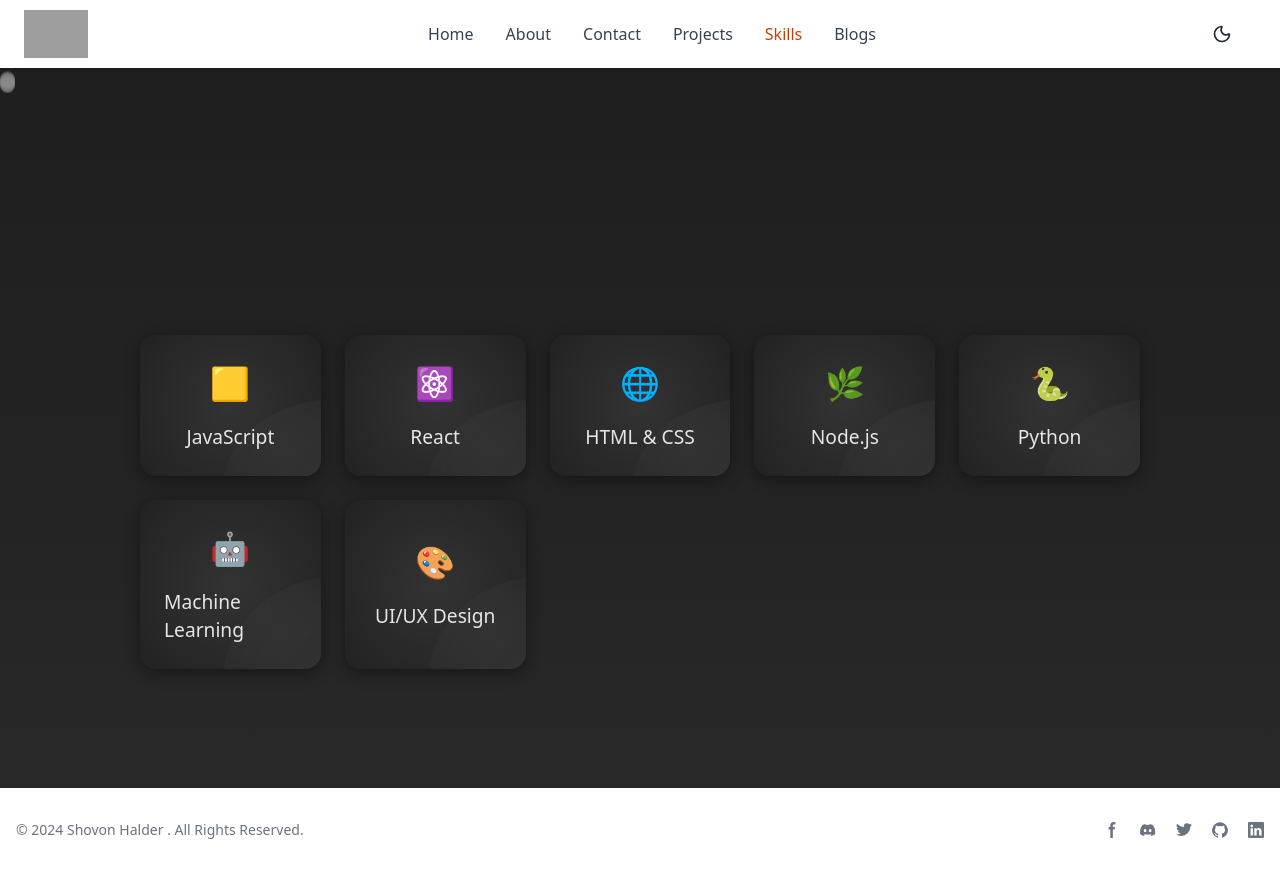
Repository: Shovon0004/Portfolio
Page: /Skill
These files come from the project's save history. The page is drawn as it stood at one moment and after the next save; the edit follows.
The browser window is 1280 px wide. The pictures show the whole page.
Pictures or frames that could not be fetched are drawn as grey boxes. The project was rebuilt for these pictures with package versions that can differ from the ones it lists, and the page was loaded fresh each time. Also part of the build but not shown: vite.config.js, src/components/Home.jsx, src/components/About.jsx, src/components/Projects.jsx, src/components/Contact.jsx, src/components/Blogs.jsx.

Above is the page before, as saved 2024-12-23 12:51:56.

### src/main.jsx
import { StrictMode } from 'react'
import { createRoot } from 'react-dom/client'
import './index.css'
import { Route,createBrowserRouter, createRoutesFromElements, RouterProvider } from 'react-router'
import Layout from './Layout.jsx'
import Home from './components/Home.jsx'
import About from './components/About.jsx'
import Projects from './components/Projects.jsx'
import Contact from './components/Contact.jsx'
import Skill from './components/Skill.jsx'
import Blogs from './components/Blogs.jsx'





// const router = createBrowserRouter([
//   {
//     path: '/',
//     element: <Layout />,
//     children: [
//       {
//         path: "",
//         element: <Home />
//       }, {
//         path: "about",
//         element: <About />
//       }, {
//         path: "Projects",
//         element: <Projects />
//       }, {
//         path: "Contact",
//         element:<Contact/>

//       }
//     ]
//   }
// ])
const router = createBrowserRouter(
  createRoutesFromElements(
    <Route path='/' element={<Layout />}>
      <Route path="" element={<Home />} />
      <Route path="about" element={<About />} />
      <Route path="Projects" element={<Projects />} />
      <Route path="Contact" element={<Contact />} />
      <Route path="Skill" element={<Skill />} />
      <Route path="Blogs" element={<Blogs/>}/>
    </Route>
  )
)

createRoot(document.getElementById('root')).render(
  <StrictMode>




      <RouterProvider router={router} />

  </StrictMode>,
)

### src/Layout.jsx
import React from 'react'
import Header from './components/Header'
import Footer from './components/Footer'
import { Outlet } from 'react-router-dom'

function Layout() {
  return (
    <>
    <Header/>
    <main className="flex-grow text-gray-900 dark:text-white dark:bg-gray-900">
                <Outlet />
            </main>
    <Footer />
    </>
  )
}

export default Layout

### src/components/Skill.jsx
import React from "react";
import { motion, useScroll, useTransform } from "framer-motion";
import "./Skill.css";

const skills = [
  { name: "JavaScript", icon: "🟨" },
  { name: "React", icon: "⚛️" },
  { name: "HTML & CSS", icon: "🌐" },
  { name: "Node.js", icon: "🌿" },
  { name: "Python", icon: "🐍" },
  { name: "Machine Learning", icon: "🤖" },
  { name: "UI/UX Design", icon: "🎨" },
];

const Skill = () => {
  const { scrollYProgress } = useScroll();
  const x = useTransform(scrollYProgress, [0, 1], [0, -100]);
  const opacity = useTransform(scrollYProgress, [0, 0.5, 1], [1, 0.8, 0]);

  return (
    <div className="skill-container dark:bg-900">
      <motion.div
        className="parallax-header"
        style={{ x, opacity }}
        initial={{ y: -50, opacity: 0 }}
        animate={{ y: 0, opacity: 1 }}
        transition={{ duration: 1 }}
      >
        <h1 className="skill-title">My Skills</h1>
        <p className="skill-subtitle">Crafted with passion and precision</p>
      </motion.div>

      <motion.div
        className="skills-grid"
        initial="hidden"
        animate="visible"
        variants={{
          hidden: { opacity: 0, scale: 0.8 },
          visible: { opacity: 1, scale: 1, transition: { staggerChildren: 0.3 } },
        }}
      >
        {skills.map((skill, index) => (
          <motion.div
            key={index}
            className="skill-card"
            variants={{
              hidden: { opacity: 0, y: 50 },
              visible: { opacity: 1, y: 0 },
            }}
            whileHover={{
              scale: 1.2,
              rotate: [0, 5, -5, 0],
              boxShadow: "0 8px 20px rgba(255, 255, 255, 0.3)",
              transition: { duration: 0.5 },
            }}
          >
            <div className="skill-icon">{skill.icon}</div>
            <h3>{skill.name}</h3>
            <motion.div
              className="glow-effect"
              animate={{ opacity: [0.2, 0.8, 0.2], scale: [1, 1.2, 1] }}
              transition={{ duration: 1.5, repeat: Infinity }}
            />
          </motion.div>
        ))}
      </motion.div>

      <motion.div
        className="interactive-background"
        initial={{ opacity: 0 }}
        animate={{ opacity: 0.5 }}
        transition={{ duration: 1 }}
      >
        {[...Array(50)].map((_, i) => (
          <motion.div
            key={i}
            className="floating-bubble"
            initial={{ y: 0, opacity: 0.6 }}
            animate={{ y: [10, -10, 10], opacity: [0.3, 0.7, 0.3] }}
            transition={{
              duration: 5,
              repeat: Infinity,
              delay: Math.random() * 2,
            }}
          />
        ))}
      </motion.div>
    </div>
  );
};
export default Skill;

### src/components/Header.jsx
import React from 'react'
import { Link, NavLink } from 'react-router-dom'
import  { useState,useEffect } from 'react'
import { Moon, Sun } from 'lucide-react';

export default function Header() {
    const [darkMode, setDarkMode] = useState(() => {
        const savedTheme = localStorage.getItem('theme');
        return savedTheme === 'dark';
    });

    useEffect(() => {
        if (darkMode) {
            document.documentElement.classList.add('dark');
            localStorage.setItem('theme', 'dark');
        } else {
            document.documentElement.classList.remove('dark');
            localStorage.setItem('theme', 'light');
        }
    }, [darkMode]);
    return (
        <header className="shadow sticky z-50 top-0 dark:bg-grey-900">
            <nav className="bg-white border-gray-800 px-4 lg:px-6 py-2.5 dark:bg-gray-900">
                <div className="flex flex-wrap justify-between items-center mx-auto max-w-screen-xl">
                    <Link to="/" className="flex items-center ">
                        <img
                            src="https://media.tenor.com/kQ5Gj88WGuwAAAAj/taking-notes-kedet.gif"
                            className="mr-3 h-12"
                            alt="Logo"
                        />
                    </Link>
                    <div className="flex items-center lg:order-2">
                        <button
                            onClick={() => setDarkMode(!darkMode)}
                            className="p-2 mr-4 rounded-lg hover:bg-gray-100 dark:hover:bg-gray-700 focus:outline-none focus:ring-2 focus:ring-gray-200 dark:focus:ring-gray-700"
                            aria-label="Toggle dark mode"
                        >
                            {darkMode ? (
                                <Sun className="w-5 h-5 text-gray-800 dark:text-gray-200" />
                            ) : (
                                <Moon className="w-5 h-5 text-gray-800 dark:text-gray-200" />
                            )}
                        </button>




                    </div>
                    <div
                        className="hidden justify-between items-center w-full lg:flex lg:w-auto lg:order-1"
                        id="mobile-menu-2"
                    >
                        <ul className="flex flex-col mt-4 font-medium lg:flex-row lg:space-x-8 lg:mt-0">
                            <li>
                                <NavLink
  to="/"
  className={({ isActive }) =>
    `block py-2 pr-4 pl-3 duration-200 ${
      isActive ? "text-orange-700" : "text-gray-700"
    } border-b border-gray-100 hover:bg-gray-50 lg:hover:bg-transparent lg:border-0 hover:text-orange-700 lg:p-0`
  }
  title="Go to Home"
>
  Home
</NavLink>

                            </li>
                            <li>
                                <NavLink
                                to="/about"
                                    className={({isActive}) =>
                                        `block py-2 pr-4 pl-3 duration-200 ${isActive ? "text-orange-700" : "text-gray-700"} border-b border-gray-100 hover:bg-gray-50 lg:hover:bg-transparent lg:border-0 hover:text-orange-700 lg:p-0`
                                    }
                                >
                                    About
                                </NavLink>
                            </li>
                            <li>
                                <NavLink
                                to="/contact"
                                    className={({isActive}) =>
                                        `block py-2 pr-4 pl-3 duration-200 ${isActive ? "text-orange-700" : "text-gray-700"} border-b border-gray-100 hover:bg-gray-50 lg:hover:bg-transparent lg:border-0 hover:text-orange-700 lg:p-0`
                                    }
                                >
                                    Contact
                                </NavLink>
                            </li>
                            <li>
                                <NavLink
                                to="/Projects"
                                    className={({isActive}) =>
                                        `block py-2 pr-4 pl-3 duration-200 ${isActive ? "text-orange-700" : "text-gray-700"} border-b border-gray-100 hover:bg-gray-50 lg:hover:bg-transparent lg:border-0 hover:text-orange-700 lg:p-0`
                                    }
                                >
                                    Projects
                                </NavLink>
                            </li>
                            <li>
                                <NavLink
                                to="/Skill"
                                    className={({isActive}) =>
                                        `block py-2 pr-4 pl-3 duration-200 ${isActive ? "text-orange-700" : "text-gray-700"} border-b border-gray-100 hover:bg-gray-50 lg:hover:bg-transparent lg:border-0 hover:text-orange-700 lg:p-0`
                                    }
                                >
                                    Skills
                                </NavLink>
                            </li>
                            <li>
                                <NavLink
                                to="/Blogs"
                                    className={({isActive}) =>
                                        `block py-2 pr-4 pl-3 duration-200 rounded border-red-500 ${isActive ? "text-orange-700" : "text-gray-700"} border-b border-gray-100 hover:bg-gray-50 lg:hover:bg-transparent lg:border-0 hover:text-orange-700 lg:p-0`
                                    }
                                >
                                    Blogs
                                </NavLink>
                            </li>

                        </ul>
                    </div>
                </div>
            </nav>
        </header>
    );
}

### src/components/Footer.jsx
import React from 'react'
import { Link } from 'react-router-dom';


export default function Footer() {
    return (
        <footer className="dark:bg-gray-900">
            <div className="mx-auto w-full max-w-screen-xl p-4 py-6 lg:py-8">
                <div className="sm:flex sm:items-center sm:justify-between">
                    <span className="text-sm text-gray-500 sm:text-center">
                        © 2024 Shovon Halder
                        . All Rights Reserved.
                    </span>
                    <div className="flex mt-4 space-x-5 sm:justify-center sm:mt-0">
                        <Link to="https://www.facebook.com/profile.php?id=100080779660559" className="text-gray-500 hover:text-gray-900">
                            <svg
                                className="w-4 h-4"
                                aria-hidden="true"
                                xmlns="http://www.w3.org/2000/svg"
                                fill="currentColor"
                                viewBox="0 0 8 19"
                            >
                                <path
                                    fillRule="evenodd"
                                    d="M6.135 3H8V0H6.135a4.147 4.147 0 0 0-4.142 4.142V6H0v3h2v9.938h3V9h2.021l.592-3H5V3.591A.6.6 0 0 1 5.592 3h.543Z"
                                    clipRule="evenodd"
                                />
                            </svg>
                            <span className="sr-only">Facebook page</span>
                        </Link>
                        <Link to="#" className="text-gray-500">
                            <svg
                                className="w-4 h-4"
                                aria-hidden="true"
                                xmlns="http://www.w3.org/2000/svg"
                                fill="currentColor"
                                viewBox="0 0 21 16"
                            >
                                <path d="M16.942 1.556a16.3 16.3 0 0 0-4.126-1.3 12.04 12.04 0 0 0-.529 1.1 15.175 15.175 0 0 0-4.573 0 11.585 11.585 0 0 0-.535-1.1 16.274 16.274 0 0 0-4.129 1.3A17.392 17.392 0 0 0 .182 13.218a15.785 15.785 0 0 0 4.963 2.521c.41-.564.773-1.16 1.084-1.785a10.63 10.63 0 0 1-1.706-.83c.143-.106.283-.217.418-.33a11.664 11.664 0 0 0 10.118 0c.137.113.277.224.418.33-.544.328-1.116.606-1.71.832a12.52 12.52 0 0 0 1.084 1.785 16.46 16.46 0 0 0 5.064-2.595 17.286 17.286 0 0 0-2.973-11.59ZM6.678 10.813a1.941 1.941 0 0 1-1.8-2.045 1.93 1.93 0 0 1 1.8-2.047 1.919 1.919 0 0 1 1.8 2.047 1.93 1.93 0 0 1-1.8 2.045Zm6.644 0a1.94 1.94 0 0 1-1.8-2.045 1.93 1.93 0 0 1 1.8-2.047 1.918 1.918 0 0 1 1.8 2.047 1.93 1.93 0 0 1-1.8 2.045Z" />
                            </svg>
                            <span className="sr-only">Discord community</span>
                        </Link>
                        <Link to="https://x.com/SHalder0004" className="text-gray-500">
                            <svg
                                className="w-4 h-4"
                                aria-hidden="true"
                                xmlns="http://www.w3.org/2000/svg"
                                fill="currentColor"
                                viewBox="0 0 20 17"
                            >
                                <path
                                    fillRule="evenodd"
                                    d="M20 1.892a8.178 8.178 0 0 1-2.355.635 4.074 4.074 0 0 0 1.8-2.235 8.344 8.344 0 0 1-2.605.98A4.13 4.13 0 0 0 13.85 0a4.068 4.068 0 0 0-4.1 4.038 4 4 0 0 0 .105.919A11.705 11.705 0 0 1 1.4.734a4.006 4.006 0 0 0 1.268 5.392 4.165 4.165 0 0 1-1.859-.5v.05A4.057 4.057 0 0 0 4.1 9.635a4.19 4.19 0 0 1-1.856.07 4.108 4.108 0 0 0 3.831 2.807A8.36 8.36 0 0 1 0 14.184 11.732 11.732 0 0 0 6.291 16 11.502 11.502 0 0 0 17.964 4.5c0-.177 0-.35-.012-.523A8.143 8.143 0 0 0 20 1.892Z"
                                    clipRule="evenodd"
                                />
                            </svg>
                            <span className="sr-only">Twitter page</span>
                        </Link>
                        <Link to="https://github.com/Shovon0004" className="text-gray-500">
                            <svg
                                className="w-4 h-4"
                                aria-hidden="true"
                                xmlns="http://www.w3.org/2000/svg"
                                fill="currentColor"
                                viewBox="0 0 20 20"
                            >
                                <path
                                    fillRule="evenodd"
                                    d="M10 .333A9.911 9.911 0 0 0 6.866 19.65c.5.092.678-.215.678-.477 0-.237-.01-1.017-.014-1.845-2.757.6-3.338-1.169-3.338-1.169a2.627 2.627 0 0 0-1.1-1.451c-.9-.615.07-.6.07-.6a2.084 2.084 0 0 1 1.518 1.021 2.11 2.11 0 0 0 2.884.823c.044-.503.268-.973.63-1.325-2.2-.25-4.516-1.1-4.516-4.9A3.832 3.832 0 0 1 4.7 7.068a3.56 3.56 0 0 1 .095-2.623s.832-.266 2.726 1.016a9.409 9.409 0 0 1 4.962 0c1.89-1.282 2.717-1.016 2.717-1.016.366.83.402 1.768.1 2.623a3.827 3.827 0 0 1 1.02 2.659c0 3.807-2.319 4.644-4.525 4.889a2.366 2.366 0 0 1 .673 1.834c0 1.326-.012 2.394-.012 2.72 0 .263.18.572.681.475A9.911 9.911 0 0 0 10 .333Z"
                                    clipRule="evenodd"
                                />
                            </svg>
                            <span className="sr-only">GitHub account</span>
                        </Link>
                        <Link to="https://www.linkedin.com/in/shovon-halder-5ab775266/" className="text-gray-500">
                            <svg xmlns="http://www.w3.org/2000/svg" width="16" height="16" fill="currentColor" class="bi bi-linkedin" viewBox="0 0 16 16">
  <path d="M0 1.146C0 .513.526 0 1.175 0h13.65C15.474 0 16 .513 16 1.146v13.708c0 .633-.526 1.146-1.175 1.146H1.175C.526 16 0 15.487 0 14.854zm4.943 12.248V6.169H2.542v7.225zm-1.2-8.212c.837 0 1.358-.554 1.358-1.248-.015-.709-.52-1.248-1.342-1.248S2.4 3.226 2.4 3.934c0 .694.521 1.248 1.327 1.248zm4.908 8.212V9.359c0-.216.016-.432.08-.586.173-.431.568-.878 1.232-.878.869 0 1.216.662 1.216 1.634v3.865h2.401V9.25c0-2.22-1.184-3.252-2.764-3.252-1.274 0-1.845.7-2.165 1.193v.025h-.016l.016-.025V6.169h-2.4c.03.678 0 7.225 0 7.225z"/>
</svg>
                            <span className="sr-only">LinkedIn</span>
                        </Link>
                    </div>
                </div>
            </div>
        </footer>
    );
}

### src/components/Skill.css
.skill-container {
  height: 100vh;
  display: flex;
  flex-direction: column;
  align-items: center;
  justify-content: center;
  padding: 2rem;
  background: linear-gradient(to bottom, #1e1e1e, #282828);
  color: #fff;
  overflow: hidden;
  position: relative;
}

.dark:bg-900 {
  background-color: #121212;
}

.parallax-header {
  text-align: center;
  margin-bottom: 2rem;
}

.skill-title {
  font-size: 3rem;
  font-weight: bold;
  color: #e6e6e6;
}

.skill-subtitle {
  font-size: 1.5rem;
  color: #aaa;
  margin-top: 0.5rem;
}

.skills-grid {
  display: grid;
  grid-template-columns: repeat(auto-fit, minmax(150px, 1fr));
  gap: 1.5rem;
  width: 100%;
  max-width: 1000px;
}

.skill-card {
  display: flex;
  flex-direction: column;
  align-items: center;
  justify-content: center;
  padding: 1.5rem;
  background: radial-gradient(circle, #333, #222);
  border-radius: 1rem;
  box-shadow: 0 4px 15px rgba(0, 0, 0, 0.4);
  position: relative;
  overflow: hidden;
  cursor: pointer;
}

.skill-card h3 {
  margin-top: 1rem;
  font-size: 1.2rem;
  color: #e6e6e6;
}

.skill-icon {
  font-size: 2rem;
  z-index: 2;
}

.glow-effect {
  position: absolute;
  top: 50%;
  left: 50%;
  width: 120%;
  height: 120%;
  background: radial-gradient(circle, rgba(255, 255, 255, 0.2), transparent);
  transform: translate(-50%, -50%);
  border-radius: 50%;
  z-index: 1;
}

.interactive-background {
  position: absolute;
  top: 0;
  left: 0;
  width: 100%;
  height: 100%;
  pointer-events: none;
  z-index: 0;
}

.floating-bubble {
  position: absolute;
  width: 15px;
  height: 15px;
  background: rgba(255, 255, 255, 0.2);
  border-radius: 50%;
  top: calc(100% * var(--y));
  left: calc(100% * var(--x));
  animation: floating 10s infinite ease-in-out;
}

Loaded but not shown: index.html (common file); src/index.css (common file); tailwind.config.js (common file)

After the next save:
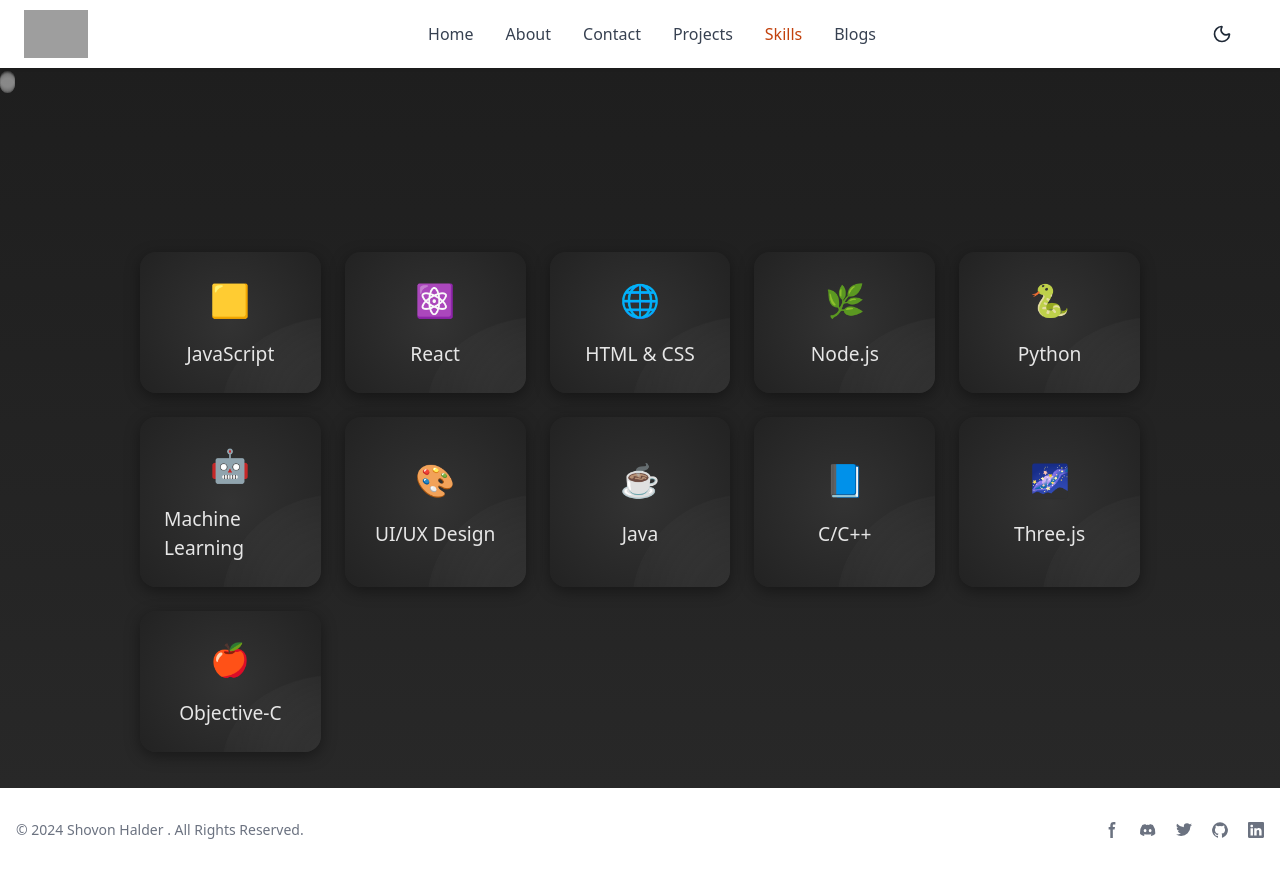
Saved 3 min 16 s later.
--- a/src/components/Skill.jsx
+++ b/src/components/Skill.jsx
@@ -10,6 +10,10 @@
   { name: "Python", icon: "🐍" },
   { name: "Machine Learning", icon: "🤖" },
   { name: "UI/UX Design", icon: "🎨" },
+  { name: "Java", icon: "☕" },
+  { name: "C/C++", icon: "📘" },
+  { name: "Three.js", icon: "🌌" },
+  { name: "Objective-C", icon: "🍎" },
 ];
 
 const Skill = () => {
@@ -88,4 +92,5 @@
     </div>
   );
 };
+
 export default Skill;
